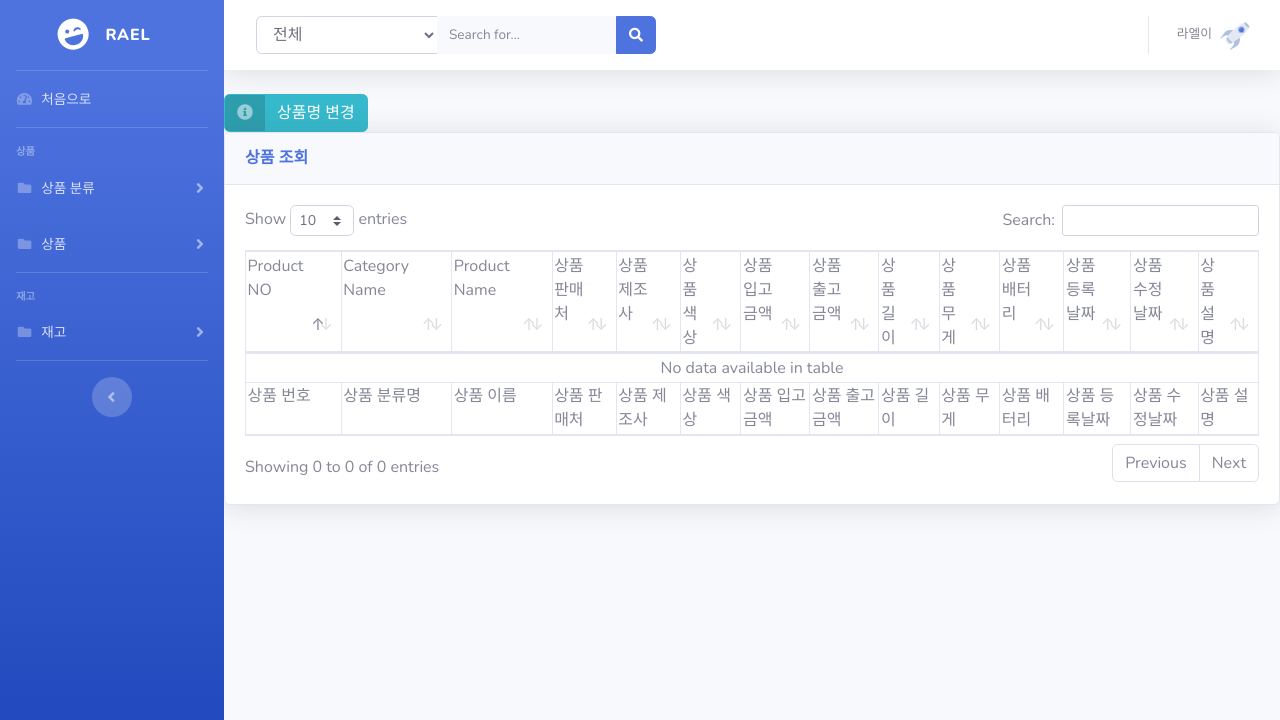
Repository: sww232/springRaelProject
Page: http://localhost/rael/WEB-INF/views/product/product_update_detail.jsp
An editor plug-in stored every save of this project. The page is shown before and after the next save, followed by the edit.
The browser window is 1280 px wide. The pictures show the whole page.
The page is served by Tomcat 9. Nobody is signed in. The template is opened directly, without the code that normally fills it, so the values that code supplies are empty.

Above is the page before, as saved 2022-10-07 11:06:04.

After the next save:
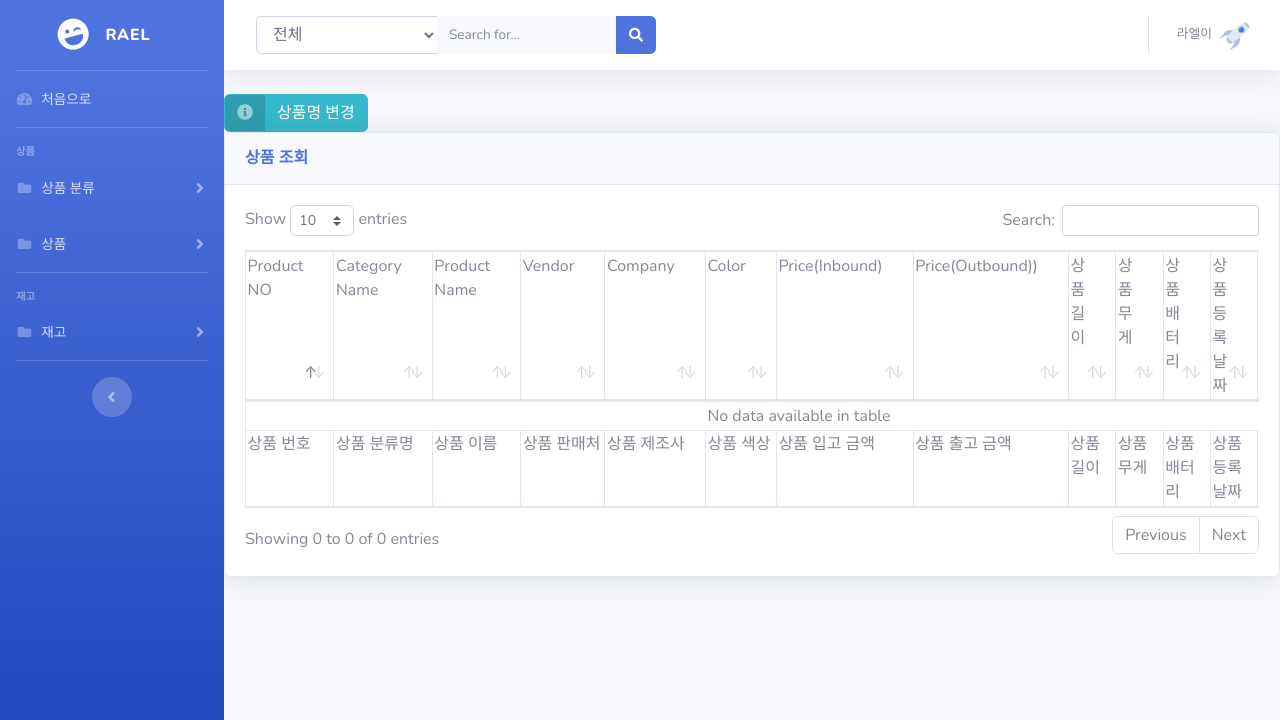
Saved 33 s later.
--- a/raelproject3/rael/src/main/webapp/WEB-INF/views/product/product_update_detail.jsp
+++ b/raelproject3/rael/src/main/webapp/WEB-INF/views/product/product_update_detail.jsp
@@ -258,11 +258,11 @@
 														<td>Product NO</td>
 														<td>Category Name</td>
 														<td>Product Name</td>
-														<td>상품 판매처</td>
-														<td>상품 제조사</td>
-														<td>상품 색상</td>
-														<td>상품 입고 금액</td>
-														<td>상품 출고 금액</td>
+														<td>Vendor</td>
+														<td>Company</td>
+														<td>Color</td>
+														<td>Price(Inbound)</td>
+														<td>Price(Outbound))</td>
 														<td>상품 길이</td>
 														<td>상품 무게</td>
 														<td>상품 배터리</td>
